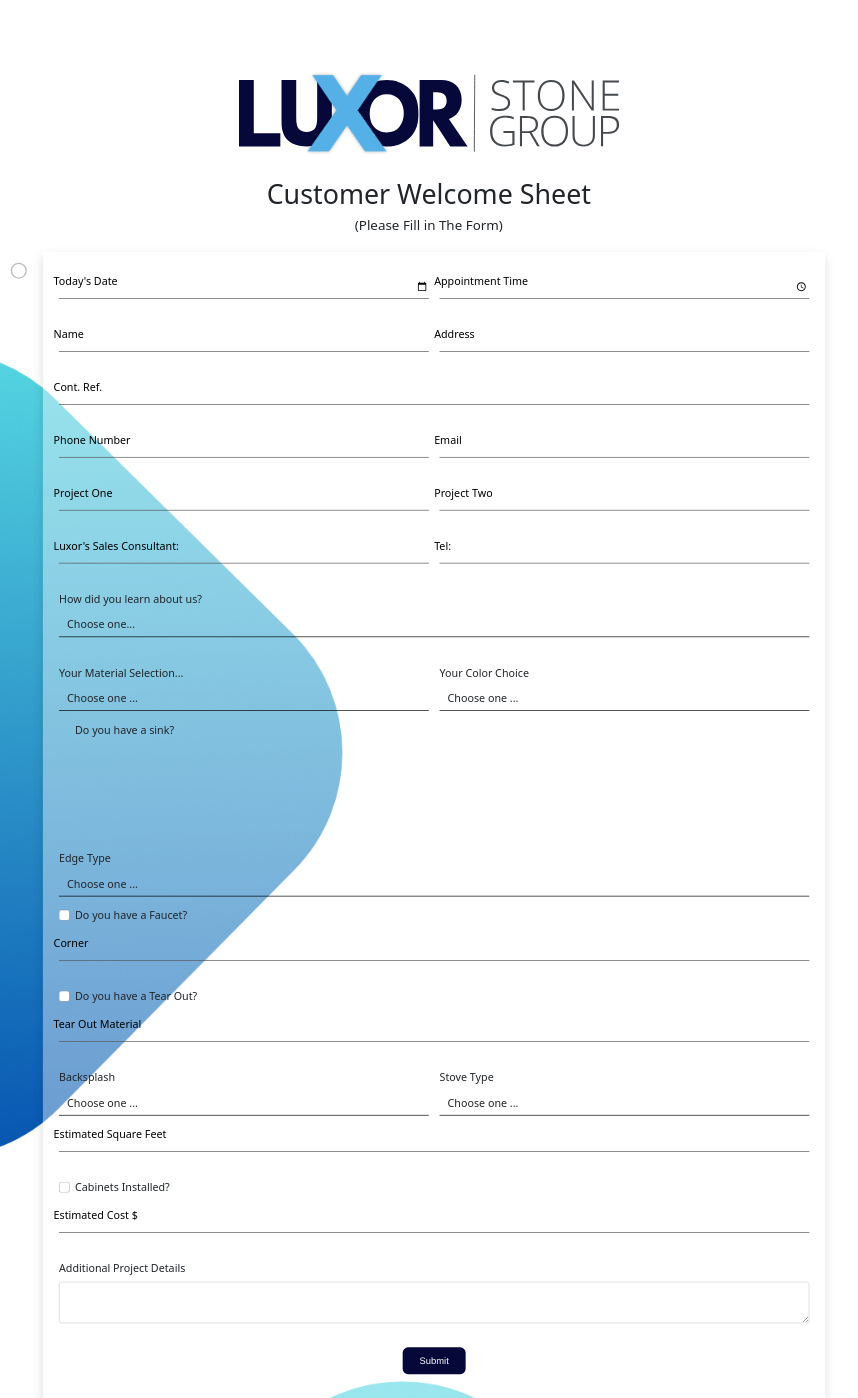
Repository: aya7abbal/Luxor-Customer-Form
Page: index.html
The author's editor kept a copy of each file at every save. The page is drawn from the files as they stood at one save, then again after the next save.
The browser window is 1280 px wide. The pictures show the whole page, at 67% of full size.
The style sheet was rebuilt from its Sass, Less or Tailwind sources for each picture, by a compiler version that may differ from the author's.

Above is the page before, as saved 2023-10-21 18:13:12.

After the next save:
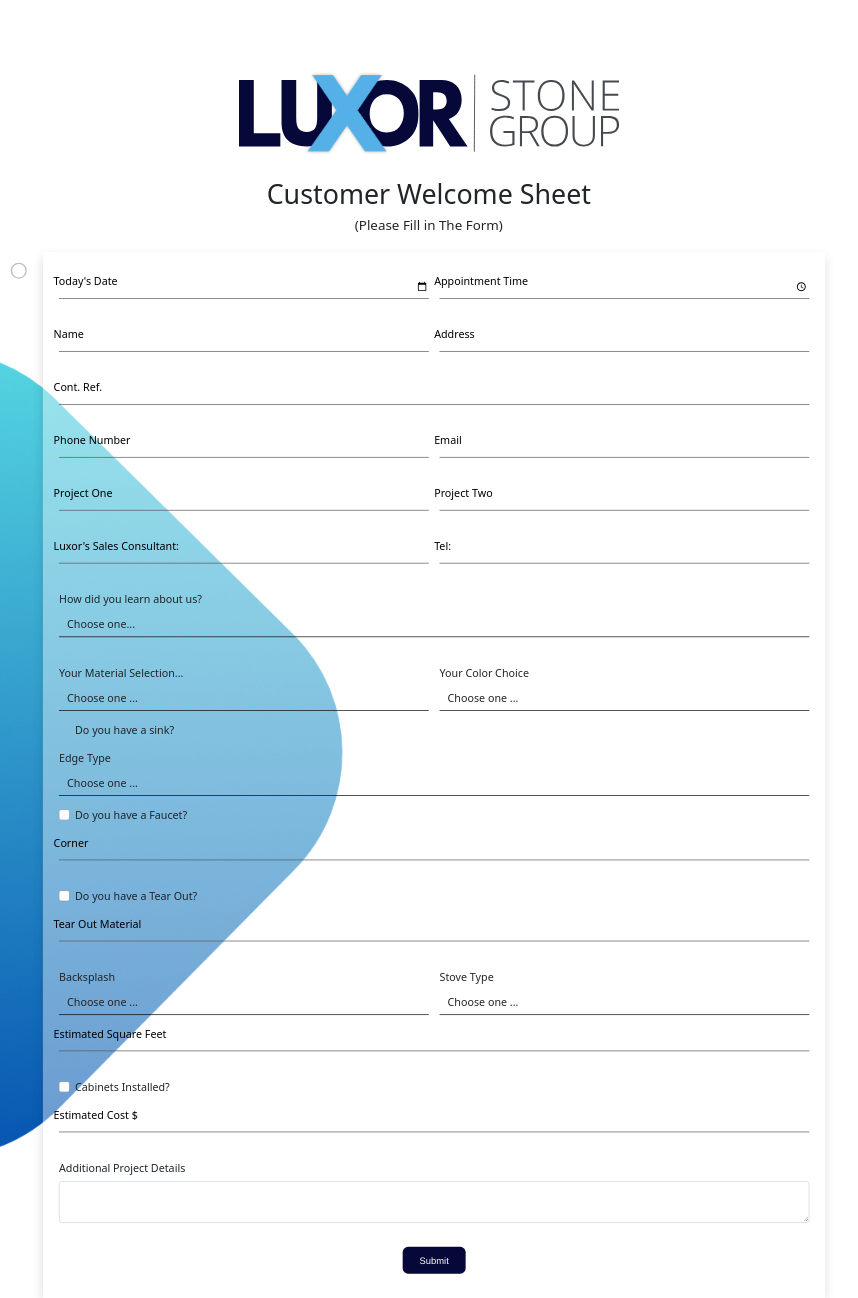
Saved 77 s later.
--- a/index.html
+++ b/index.html
@@ -144,17 +144,18 @@
               <svg width="15" height="14" viewbox="0 0 15 14" fill="none">
                 <path d="M2 8.36364L6.23077 12L13 2"></path>
               </svg>
+              <svg xmlns="http://www.w3.org/2000/svg" version="1.1">
+                <defs>
+                  <filter id="goo">
+                    <fegaussianblur in="SourceGraphic" stddeviation="4" result="blur"></fegaussianblur>
+                    <fecolormatrix in="blur" mode="matrix" values="1 0 0 0 0  0 1 0 0 0  0 0 1 0 0  0 0 0 22 -7" result="goo"></fecolormatrix>
+                    <feblend in="SourceGraphic" in2="goo"></feblend>
+                  </filter>
+                </defs>
+              </svg>
             </div>
             <!-- Gooey-->
-            <svg xmlns="http://www.w3.org/2000/svg" version="1.1">
-              <defs>
-                <filter id="goo">
-                  <fegaussianblur in="SourceGraphic" stddeviation="4" result="blur"></fegaussianblur>
-                  <fecolormatrix in="blur" mode="matrix" values="1 0 0 0 0  0 1 0 0 0  0 0 1 0 0  0 0 0 22 -7" result="goo"></fecolormatrix>
-                  <feblend in="SourceGraphic" in2="goo"></feblend>
-                </filter>
-              </defs>
-            </svg>
+
           </div>
         </div>
         <!-- Edge Type -->
